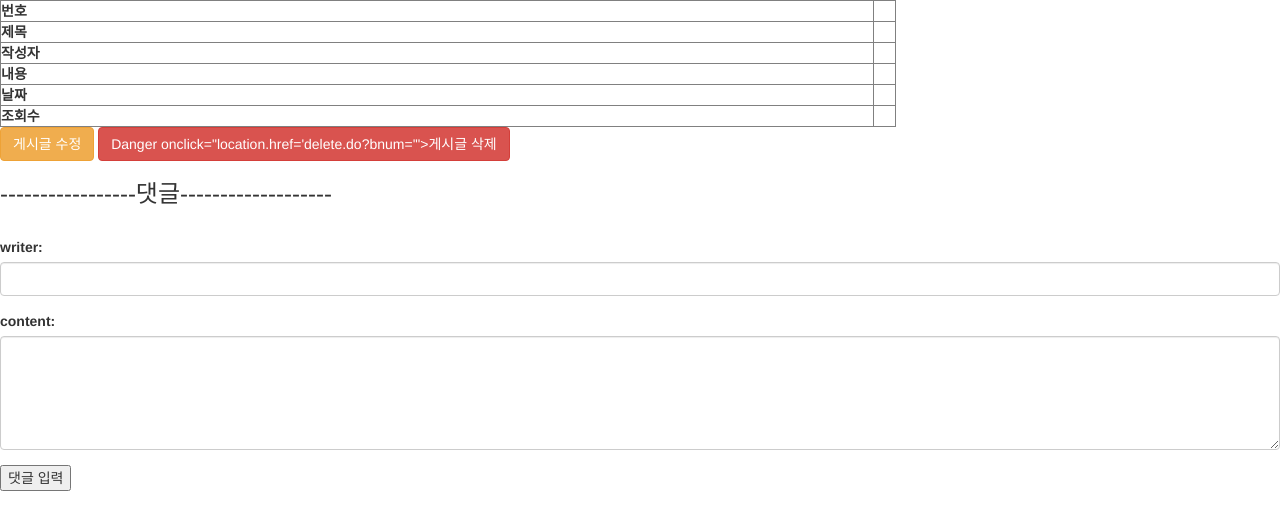
Repository: changyunLee/practice_01
Page: http://localhost/board0513/WEB-INF/views/detail.jsp
The author's editor kept a copy of each file at every save. The page is drawn from the files as they stood at one save, then again after the next save.
The browser window is 1280 px wide. The pictures show the whole page.
The page is served by Tomcat 9. Nobody is signed in. The template is opened directly, without the code that normally fills it, so the values that code supplies are empty.

Above is the page before, as saved 2021-10-05 03:26:03.

After the next save:
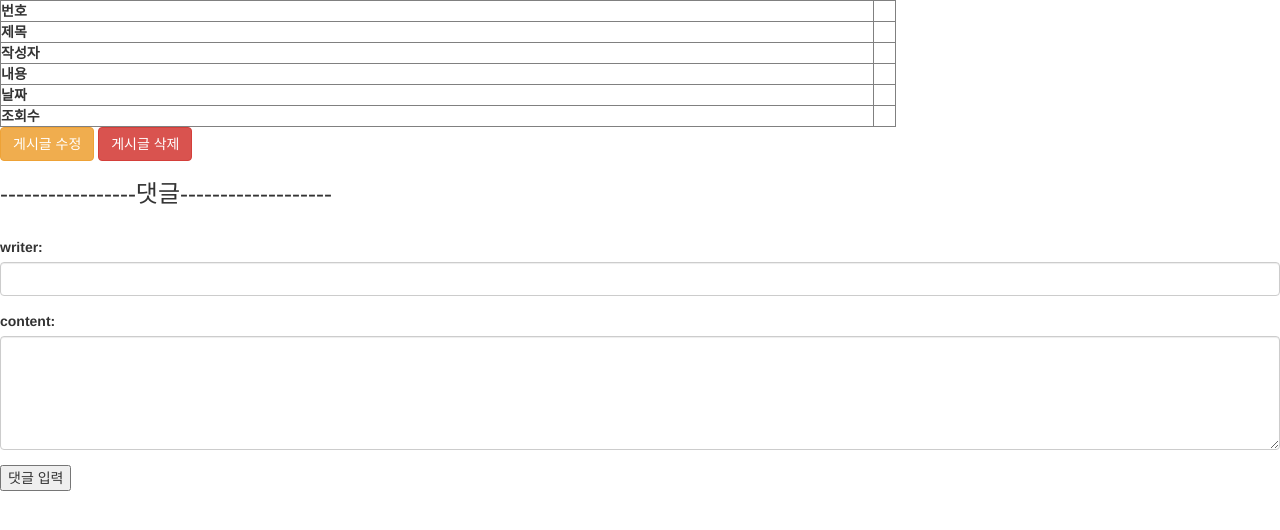
Saved 17 s later.
--- a/SpringMVC_WORK/board0513/src/main/webapp/WEB-INF/views/detail.jsp
+++ b/SpringMVC_WORK/board0513/src/main/webapp/WEB-INF/views/detail.jsp
@@ -72,7 +72,7 @@
 
 	<button type="button" class="btn btn-warning"
 		onclick="location.href='update.do?bnum=${board.bnum}'">게시글 수정</button>
-	<button type="button"  class="btn btn-danger">Danger
+	<button type="button"  class="btn btn-danger"
 		onclick="location.href='delete.do?bnum=${board.bnum}'">게시글 삭제</button>
 
 	<!-- 댓글  -->
